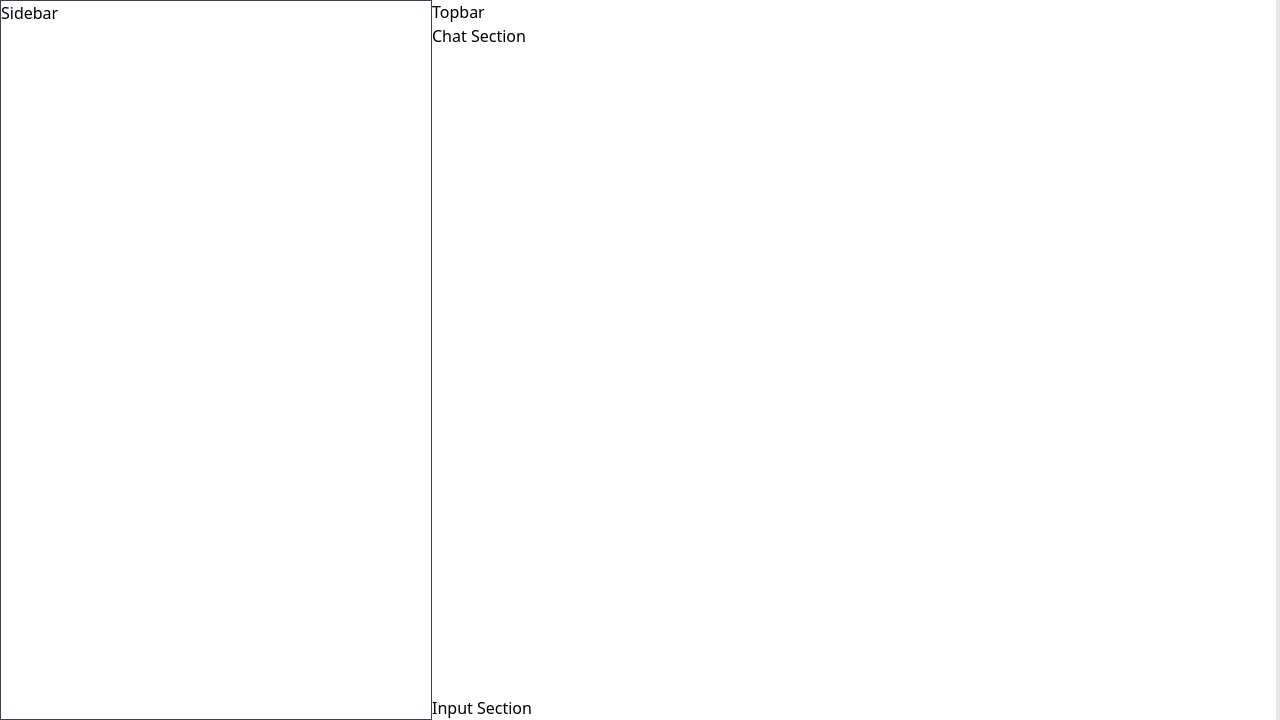
Repository: Qu4ntumGuy/telegram-clone
Page: /
An editor plug-in stored every save of this project. The page is shown before and after the next save, followed by the edit.
The browser window is 1280 px wide. The pictures show the whole page.
The project was rebuilt for these pictures with package versions that can differ from the ones it lists, and the page was loaded fresh each time. Also part of the build but not shown: src/Utils/ContextProvider.js.

Above is the page before, as saved 2024-07-15 10:58:32.

After the next save:
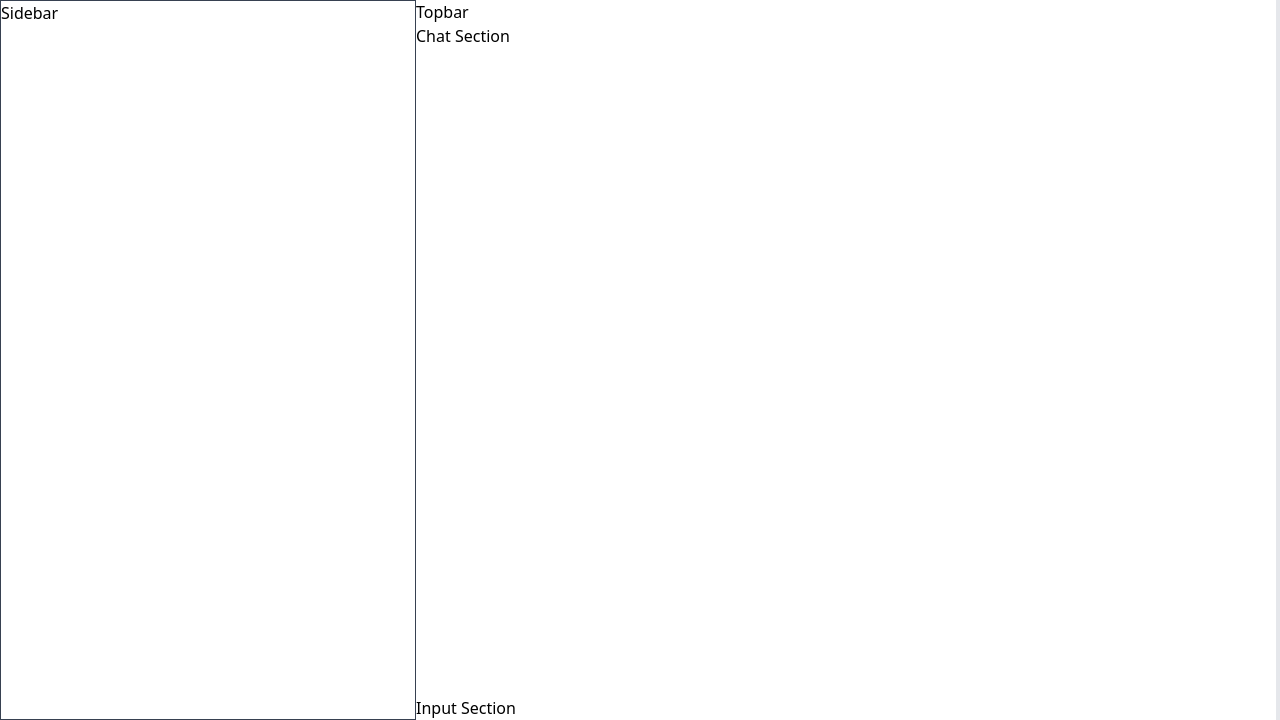
Saved 5 s later.
--- a/src/Components/Sidebar.js
+++ b/src/Components/Sidebar.js
@@ -4,7 +4,7 @@ import { useComponentContext } from "../Utils/ContextProvider";
 function Sidebar() {
   const context = useComponentContext();
   return (
-    <div className="min-w-[27rem] border border-gray-700 h-screen">Sidebar</div>
+    <div className="min-w-[26rem] border border-gray-700 h-screen">Sidebar</div>
   );
 }
 
